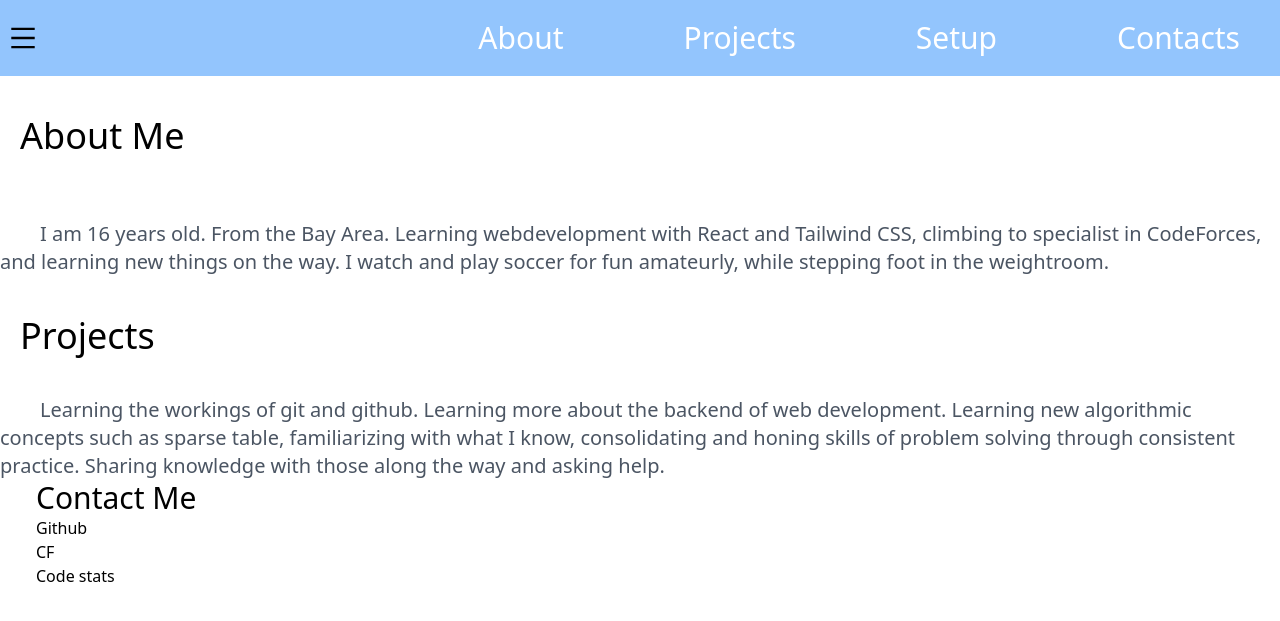
Repository: joshuayanggithub/joshua-yang-website
Page: /
The author's editor kept a copy of each file at every save. The page is drawn from the files as they stood at one save, then again after the next save.
The browser window is 1280 px wide. The pictures show the whole page.
The project was rebuilt for these pictures with package versions that can differ from the ones it lists, and the page was loaded fresh each time.

Above is the page before, as saved 2023-01-07 16:57:27.

After the next save:
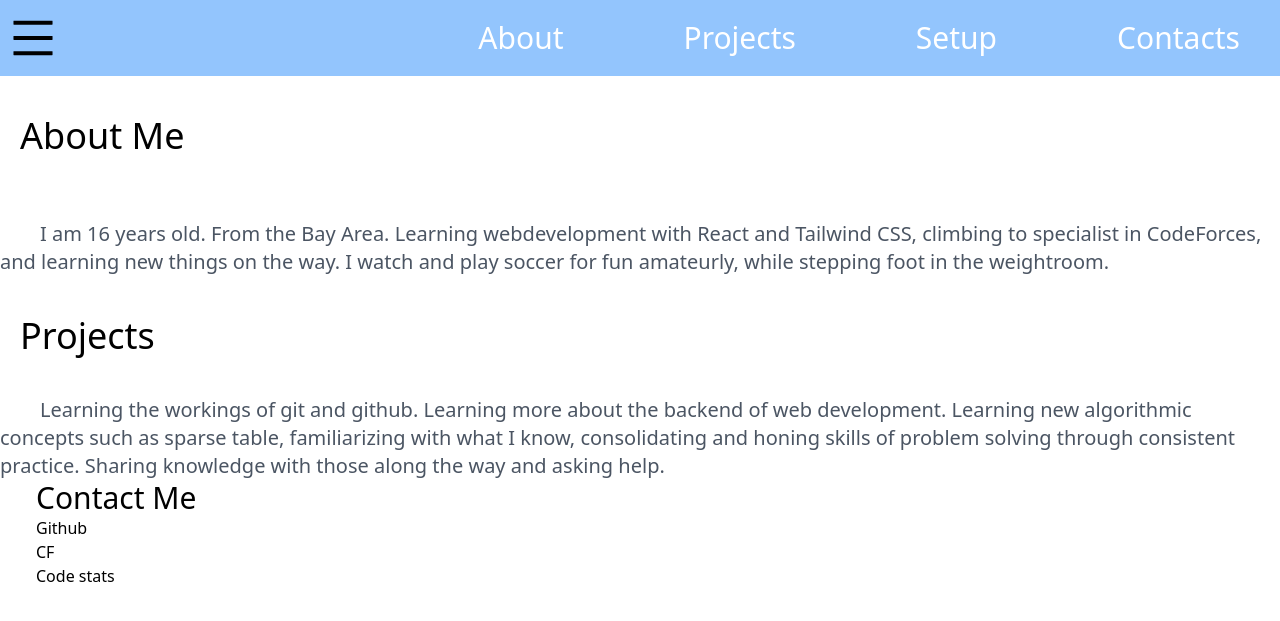
Saved 15 s later.
--- a/src/components/NavBar.jsx
+++ b/src/components/NavBar.jsx
@@ -12,7 +12,7 @@ const NavBar = () => {
   return (
     <div class="flex bg-blue-300 w-full p-2 justify-between items-center">
       <div>
-        <AiOutlineMenu size={30}></AiOutlineMenu>
+        <AiOutlineMenu size={50}></AiOutlineMenu>
       </div>
 
       <ul class="md:flex gap-20 p-3">
